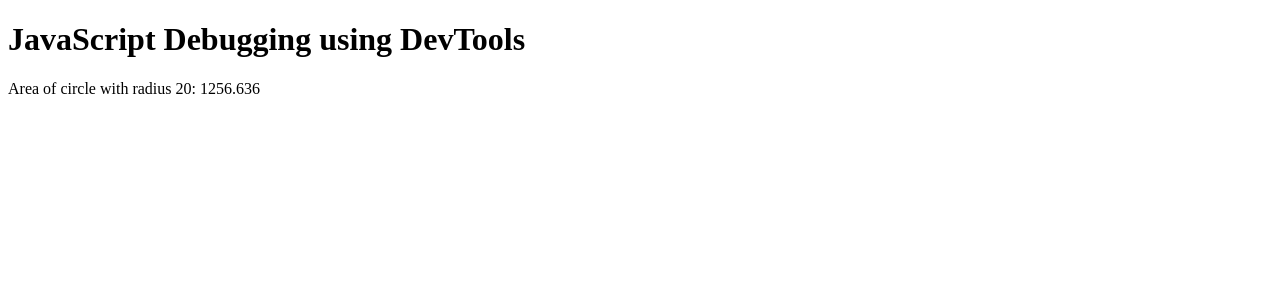
Repository: NoblesNigeria/wdd131
Page: week02/debugging.html
The author's editor kept a copy of each file at every save. The page is drawn from the files as they stood at one save, then again after the next save.
The browser window is 1280 px wide. The pictures show the whole page.

Above is the page before, as saved 2025-11-03 17:57:54.

### week02/debugging.html
<!DOCTYPE html>
<html lang="en">
<head>
    <meta charset="UTF-8">
    <meta name="viewport" content="width=device-width, initial-scale=1.0">
    <title>Document</title>
    <script src="scripts/debugging.js" defer></script>
</head>
<body>
    <h1>JavaScript Debugging using DevTools</h1>
<p>Area of circle with radius <span id="radius"></span>: <span id="area"></span></p>
</body>
</html>

### week02/scripts/debugging.js
const radiusOutput = document.getElementById('radius');
const areaOutput = document.querySelector('#area');

let area = 0;
const PI = 3.14159;
let radius = 10;
area = PI * radius * radius;
radiusOutput.textContent = radius;
areaOutput.textContent = area;
radius = 20;
area = PI * radius * radius;
radiusOutput.innerHTML = radius;
areaOutput.innerHTML = area;

After the next save:
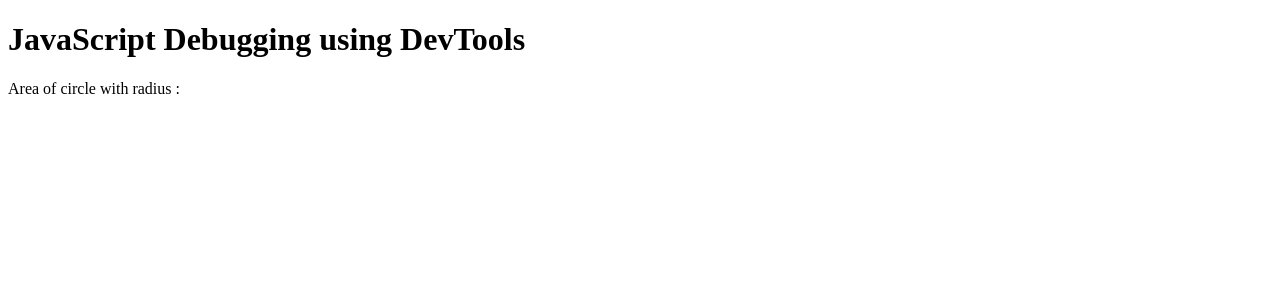
Console error: SyntaxError: Unexpected token '('
Saved 36 s later.
--- a/week02/scripts/debugging.js
+++ b/week02/scripts/debugging.js
@@ -1,4 +1,4 @@
-const radiusOutput = document.getElementById('radius');
+const radiusOutput = document.('radius');
 const areaOutput = document.querySelector('#area');
 
 let area = 0;

After the 2 saves that followed:
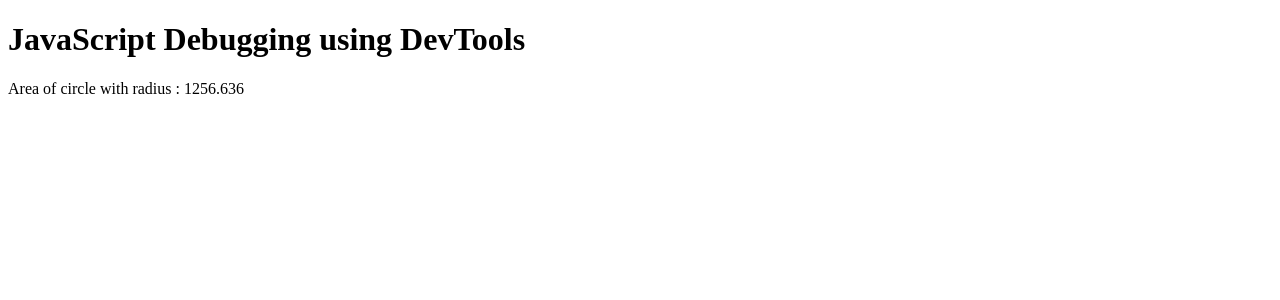
The error is gone.
The 2 saves are shown as one change because 1 left the picture as it was.
The last was saved 9 s later.
--- a/week02/scripts/debugging.js
+++ b/week02/scripts/debugging.js
@@ -1,4 +1,4 @@
-const radiusOutput = document.('radius');
+const radiusOutput = document.querySelectorAll('radius');
 const areaOutput = document.querySelector('#area');
 
 let area = 0;
